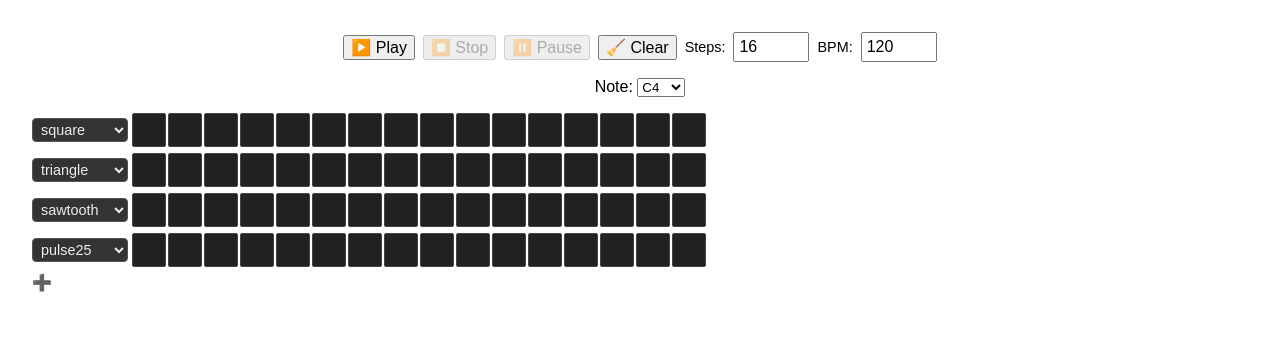
Repository: Aldentec/8-bit-Composer
Page: index.html
The author's editor kept a copy of each file at every save. The page is drawn from the files as they stood at one save, then again after a run of saves.
The browser window is 1280 px wide. The pictures show the whole page.
Some web libraries are served in a nearby version.

Above is the page before, as saved 2025-05-28 09:36:36.

After the next 2 saves:
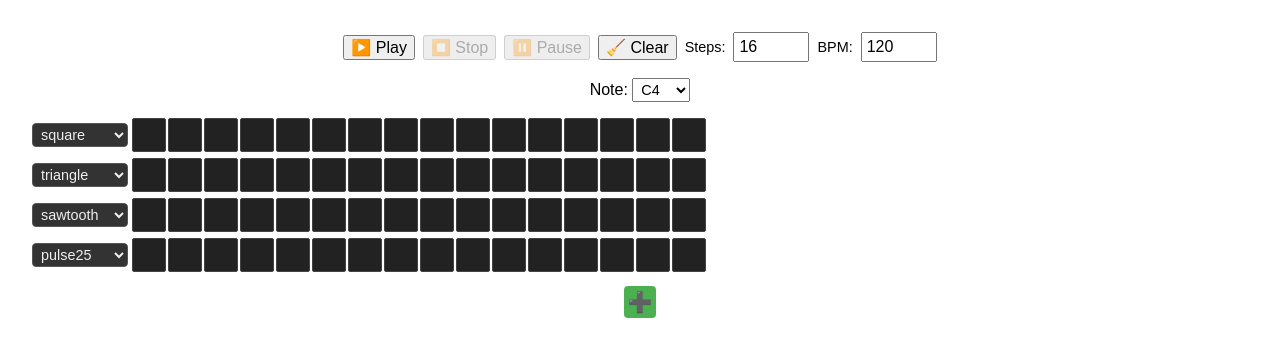
The 2 saves are shown as one change because they came seconds apart.
The last was saved 71 s later.
--- a/style.css
+++ b/style.css
@@ -10,14 +10,12 @@ body {
 #grid {
   display: flex;
   flex-direction: column;
+  align-items: flex-start;
   gap: 6px;
-  margin-top: 1rem;
   overflow-x: auto;
   padding-bottom: 0.5rem;
+}
 
-  /* remove any centering you had here */
-  align-items: flex-start;    /* <-- was 'center', now 'flex-start' */
-}
 
 /* 2) Each row: dropdown + cells in one grid,
       with a small column gap only between columns */
@@ -28,6 +26,23 @@ body {
   /* grid-template-columns is still set inline in initGrid() */
   column-gap: 4px;            /* <-- only 4px between dropdown/cells */
   /* remove any generic 'gap' here if you still have it */
+}
+
+.add-row {
+  width: 2rem;
+  height: 2rem;
+  margin: 0.5rem auto 0;   /* center horizontally, small top gap */
+  background: #4caf50;
+  color: white;
+  font-size: 1.25rem;
+  display: flex;
+  align-items: center;
+  justify-content: center;
+  border-radius: 4px;
+  cursor: pointer;
+}
+.add-row:hover {
+  background: #66bb6a;
 }
 
 /* 3) Style for the dropdown stays the same, e.g.: */
@@ -43,6 +58,12 @@ body {
 
 /* 4) Cells also same */
 .cell {
+  position: relative;
+  font-size: 0.6rem;
+  line-height: 1rem;
+  display: flex;
+  align-items: center;
+  justify-content: center;
   width: 2rem;
   height: 2rem;
   background: #222;
@@ -54,7 +75,6 @@ body {
 .cell.active { background: #4caf50; }
 .cell:hover  { background: #555; }
 
-/* controls row */
 #controls {
   display: flex;
   gap: 0.5rem;
@@ -75,3 +95,12 @@ body {
   padding: 0.25rem;
   font-size: 1rem;
 }
+
+#note-picker-container {
+  margin: 0 auto 1rem;
+  text-align: center;
+}
+#note-picker-container select {
+  font-size: 0.9rem;
+  padding: 2px 4px;
+}
